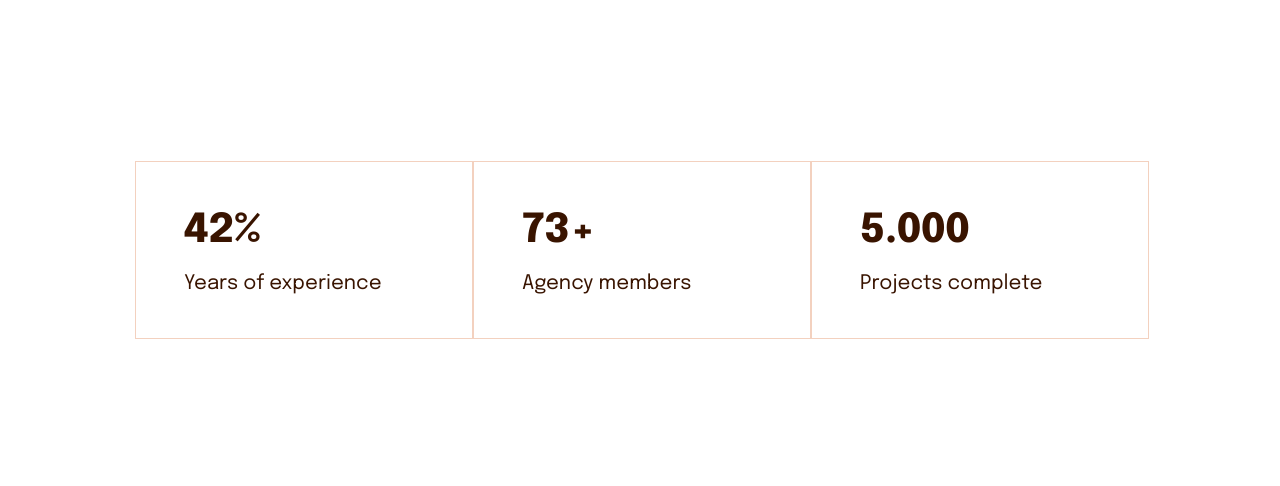
Repository: simralgasimov/task6
Page: index.html
These files come from the project's save history. The page is drawn as it stood at one moment and after the next save; the edit follows.
The browser window is 1280 px wide. The pictures show the whole page.

Above is the page before, as saved 2023-08-30 13:20:55.

### index.html
<!DOCTYPE html>
<html lang="en">

<head>
    <meta charset="UTF-8">
    <meta name="viewport" content="width=device-width, initial-scale=1.0">
    <title>Document</title>
    <link rel="stylesheet" href="index.css">
</head>

<body>
    <div class="container">
        <div class="container-1">
            <ul>
                <li class="box-1">
                    <h1>42% </h1>
                    <p>Years of experience </p>
                </li>
                <li class="box-2">
                    <h1>73+ </h1>
                    <p>Agency members </p>

                </li>
                <li class="box-3">
                    <h1>5.000 </h1>
                    <p>Projects complete </p>
                </li>
            </ul>
        </div>
        <div class="container-2"></div>

    </div>
</body>

</html>

### index.css
@import url("https://fonts.googleapis.com/css2?family=Epilogue:wght@400;800&display=swap");

* {
  margin: 0;
  padding: 0;
  box-sizing: border-box;
}
.container {
  padding: 161px 131px 108px 135px;
}

.container-1 ul{
    display: flex;
}
.container-1 ul li{
    width: 33.33%;
    padding: 45px 0 38px 48px;
list-style-type: none;
border: 1px solid #f3d1bf;
}

.container-1 ul  h1 {
  margin-bottom: 13px;
  color: var(--text-dark, #391400);
  font-feature-settings: "clig" off, "liga" off;

  font-family: Epilogue;
  font-size: 40px;
  font-style: normal;
  font-weight: 800;
  line-height: 48px;
}

.container-1 ul li p {
  color: var(--text-dark, #391400);
  font-feature-settings: "clig" off, "liga" off;
  font-family: Epilogue;
  font-size: 20px;
  font-style: normal;
  font-weight: 400;
  line-height: 32px;
}

After the next save:
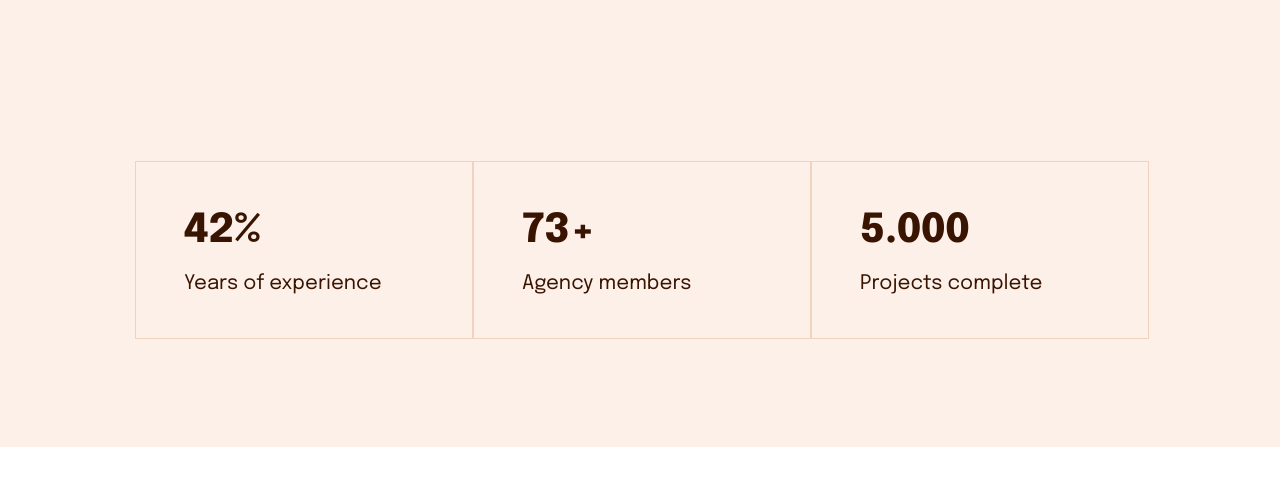
Saved 34 s later.
--- a/index.css
+++ b/index.css
@@ -4,6 +4,9 @@
   margin: 0;
   padding: 0;
   box-sizing: border-box;
+}
+.container{
+    background: #FDF0E9;
 }
 .container {
   padding: 161px 131px 108px 135px;
